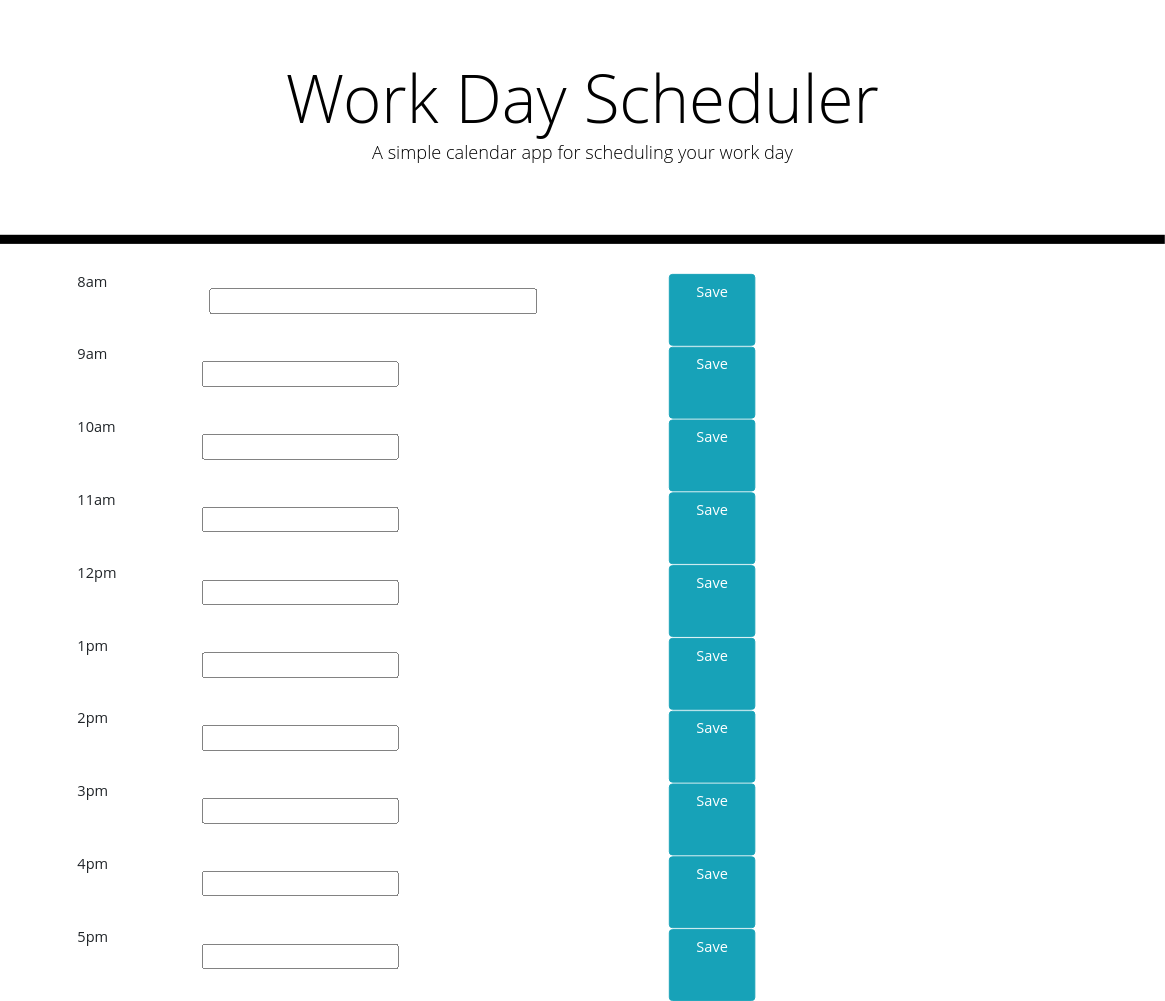
Repository: kkyler24/DayPlanner
Page: Index.html
These files come from the project's save history. The page is drawn as it stood at one moment and after the next save; the edit follows.
The browser window is 1280 px wide. The pictures show the whole page, at 91% of full size.
Some web libraries are served in a nearby version.

Above is the page before, as saved 2020-04-02 14:19:48.

After the next save:
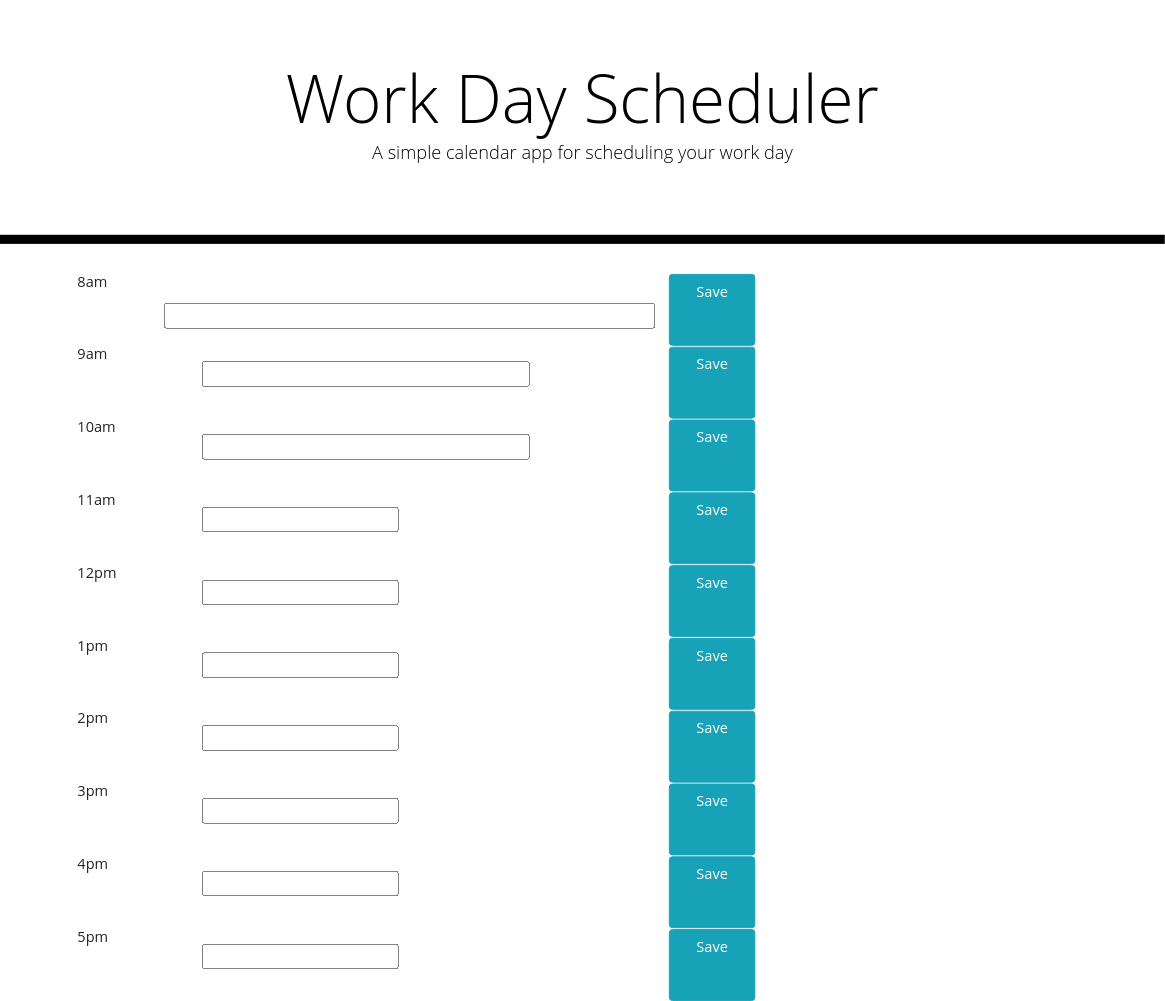
Saved 31 s later.
--- a/Index.html
+++ b/Index.html
@@ -21,21 +21,21 @@
       <div class="row">
           <div class="col-sm-1">8am</div>
           <div class="col-sm-6" >
-            <input class="col-sm-8" data-input="8"></input>
+            <input class="col-sm-12" data-input="8"></input>
           </div>
           <div class="col-sm-1 btn btn-info btn-save" data-time="8">Save</div>
       </div>
       <div class="row">
         <div class="col-sm-1">9am</div>
         <div class="col-sm-6" >
-          <input data-input="9"></input>
+          <input class="col-sm-8" data-input="9"></input>
         </div>
         <div class="col-sm-1 btn btn-info btn-save" data-time="9">Save</div>
     </div>
     <div class="row">
         <div class="col-sm-1">10am</div>
         <div class="col-sm-6" >
-          <input data-input="10"></input>
+          <input class="col-sm-8" data-input="10"></input>
         </div>
         <div class="col-sm-1 btn btn-info btn-save" data-time="10">Save</div>
     </div>
